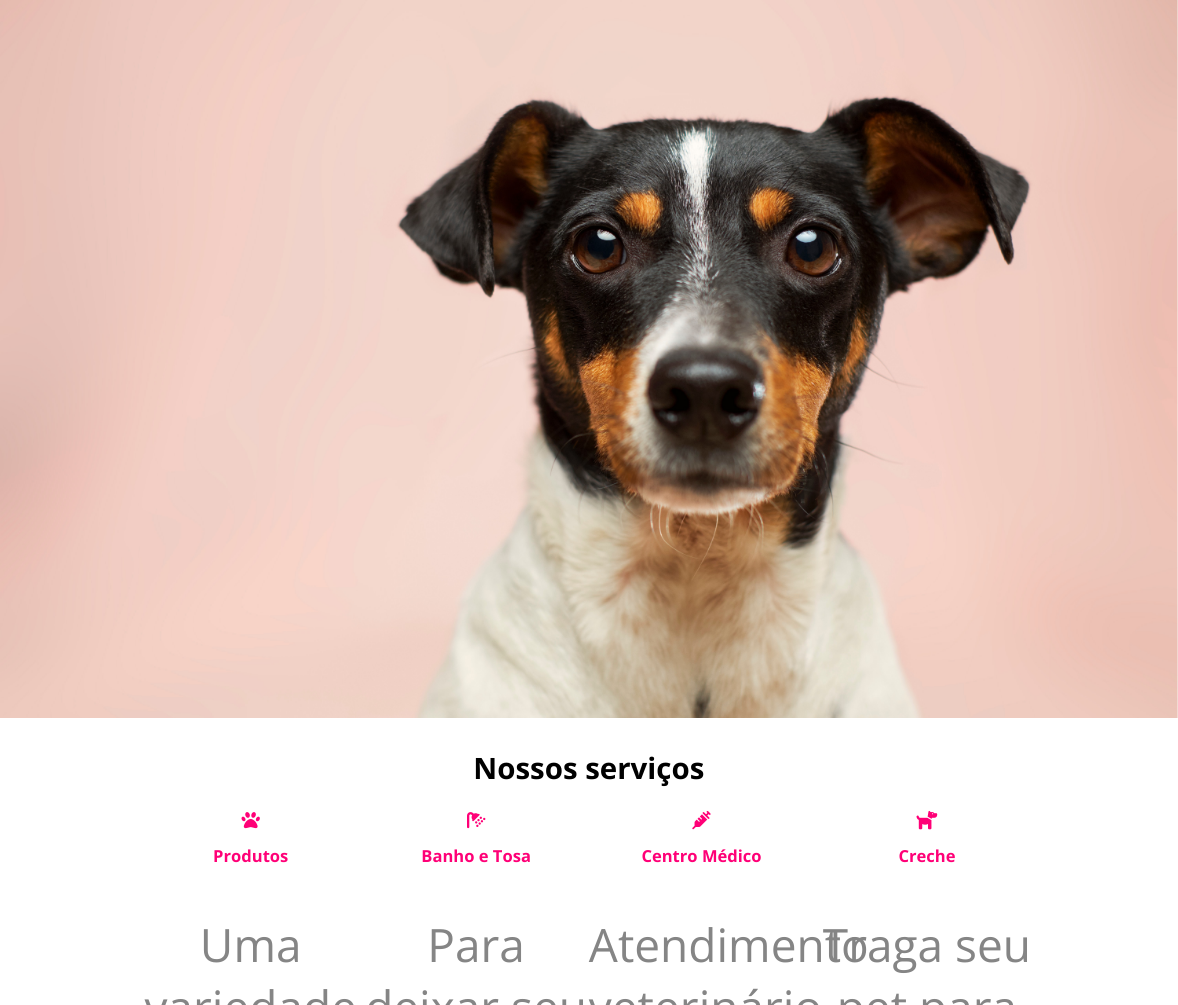
Repository: Carolden/ProhetoPetShop
Page: index.html
An editor plug-in stored every save of this project. The page is shown before and after the next save, followed by the edit.
The browser window is 1280 px wide. The pictures show the part of the page from y = 270 to 1362 px (the page is 3914 px tall before and 2896 px after), at 92% of full size.
A picture or video elsewhere on the page could not be fetched, so the positions and the page height are approximate.

Above is the page before, as saved 2023-04-28 10:33:36.

After the next save:
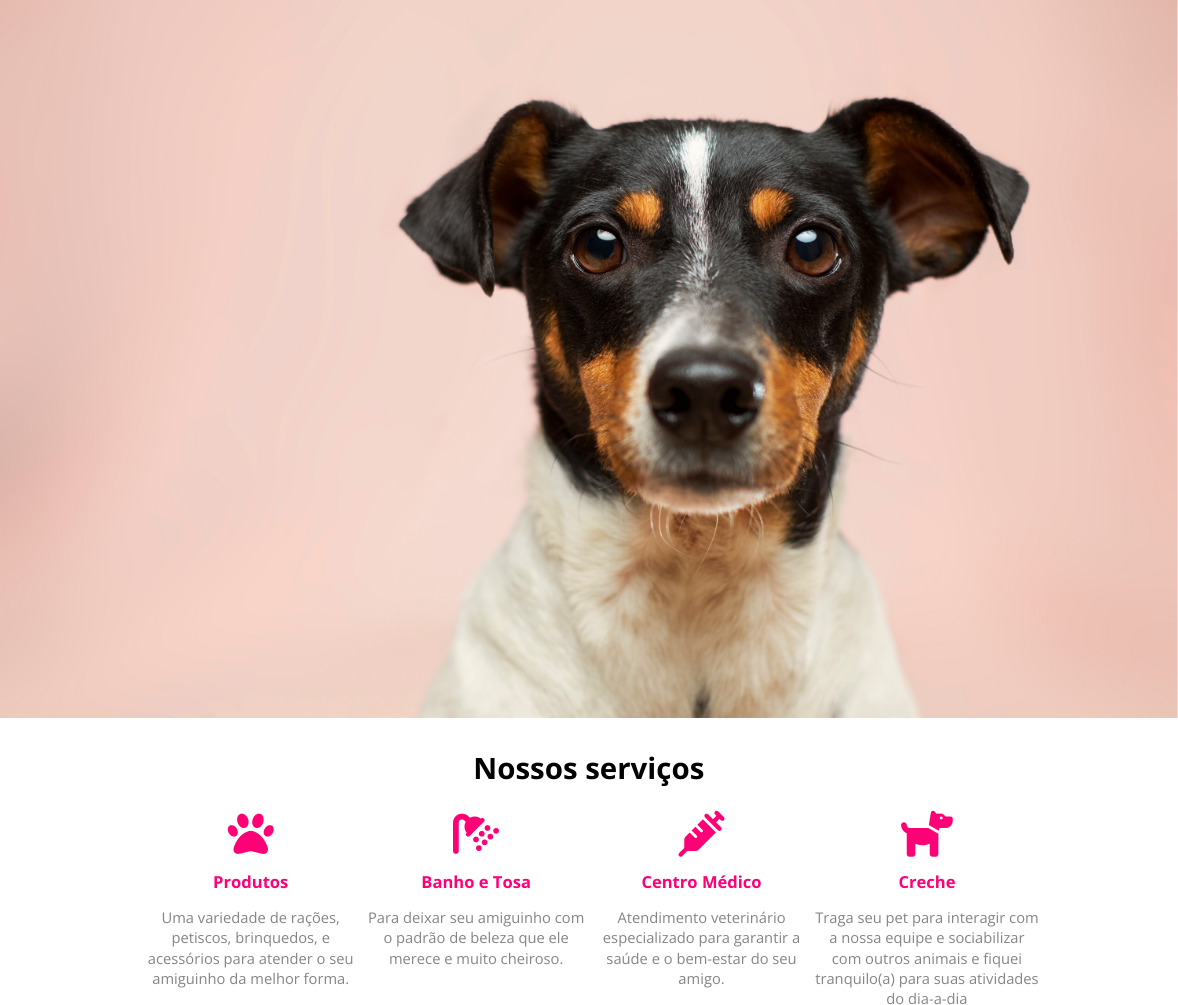
Saved 11 s later.
--- a/index.css
+++ b/index.css
@@ -71,12 +71,12 @@ a:hover {
 
 .servicescolumn p {
     color: #858585;
-    font-size: 50px;
+    font-size: 16px;
 }
 
 .servicescolumn i {
     color: #FF0077;
-    font-size: 20px;
+    font-size: 50px;
 }
 
 
